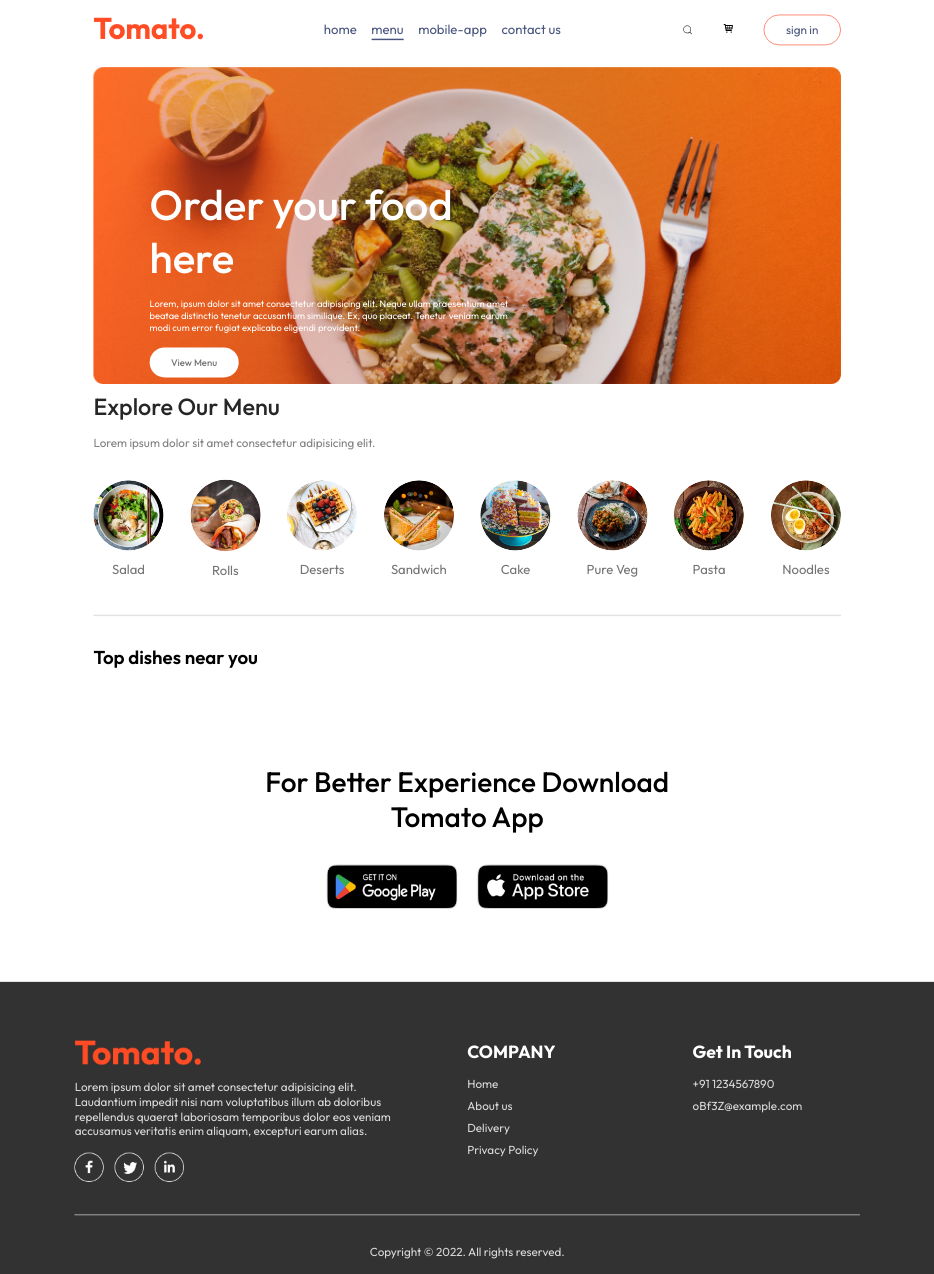
Repository: sodmaq/food-delivery
Page: / (app in frontend/)
An editor plug-in stored every save of this project. The page is shown before and after the next save, followed by the edit.
The browser window is 1280 px wide. The pictures show the whole page, at 73% of full size.
The project was rebuilt for these pictures with package versions that can differ from the ones it lists, and the page was loaded fresh each time. Also part of the build but not shown: frontend/vite.config.js, frontend/src/components/foodItem/FoodItem.css, frontend/src/components/foodItem/FoodItem.jsx, frontend/src/pages/Cart/Cart.css, frontend/src/pages/Cart/Cart.jsx, frontend/src/pages/PlaceOrder/PlaceOrder.css, frontend/src/pages/PlaceOrder/PlaceOrder.jsx, frontend/src/components/Login/LoginPopUp.css and 1 more.

Above is the page before, as saved 2024-10-08 18:06:30.

After the next save:
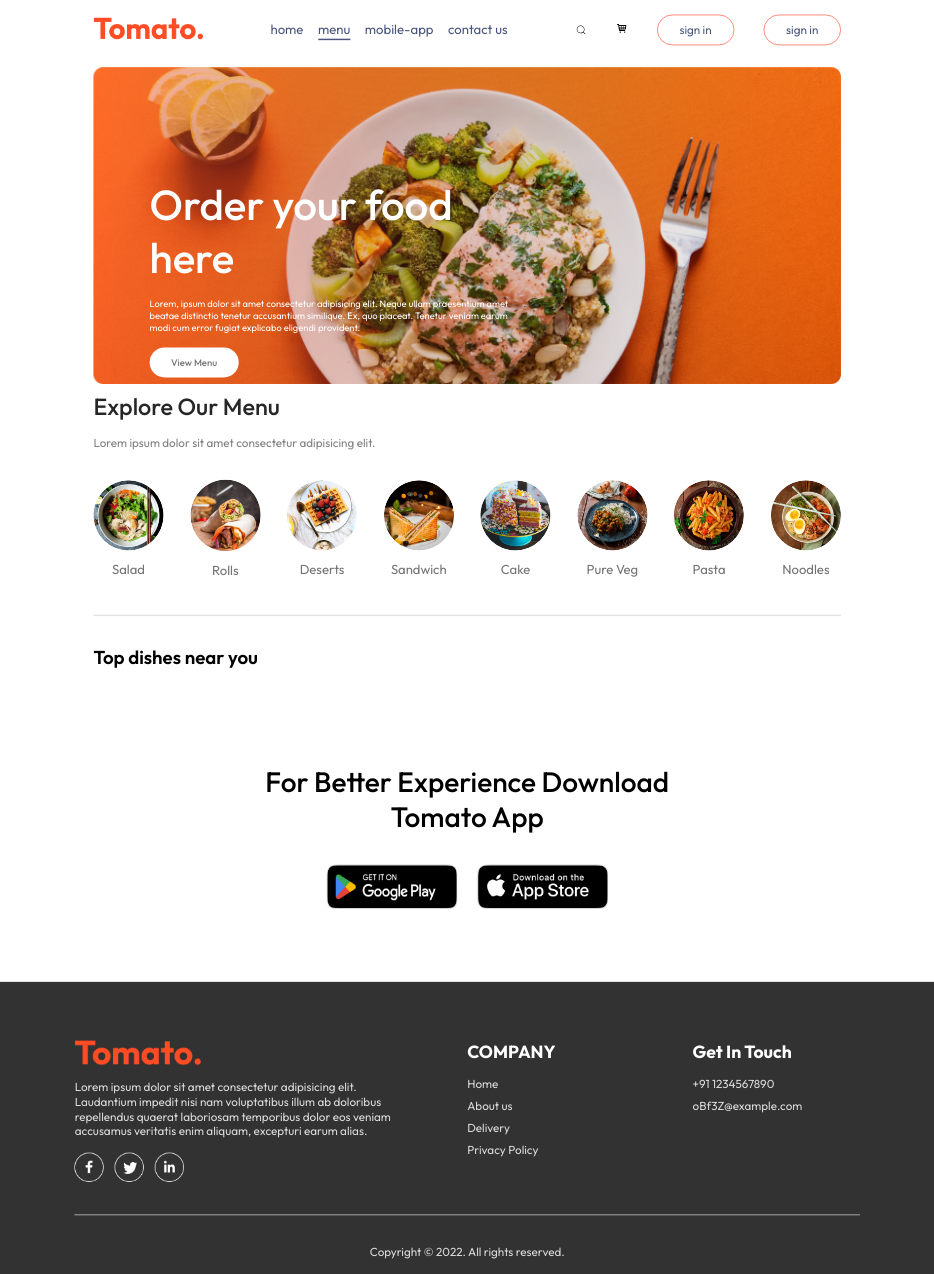
Saved 67 s later.
--- a/frontend/src/components/NavBar/NavBar.jsx
+++ b/frontend/src/components/NavBar/NavBar.jsx
@@ -52,6 +52,18 @@
           </Link>
           <div className={getTotalCartAmount() === 0 ? "" : "dot"}></div>
         </div>
+        {!token ? (
+          <button onClick={() => setShowLogin(true)}>sign in</button>
+        ) : (
+          <button
+            onClick={() => {
+              localStorage.removeItem("token");
+              setToken(null);
+            }}
+          >
+            sign out
+          </button>
+        )}
         <button onClick={() => setShowLogin(true)}>sign in</button>
       </div>
     </div>

After the save that followed:
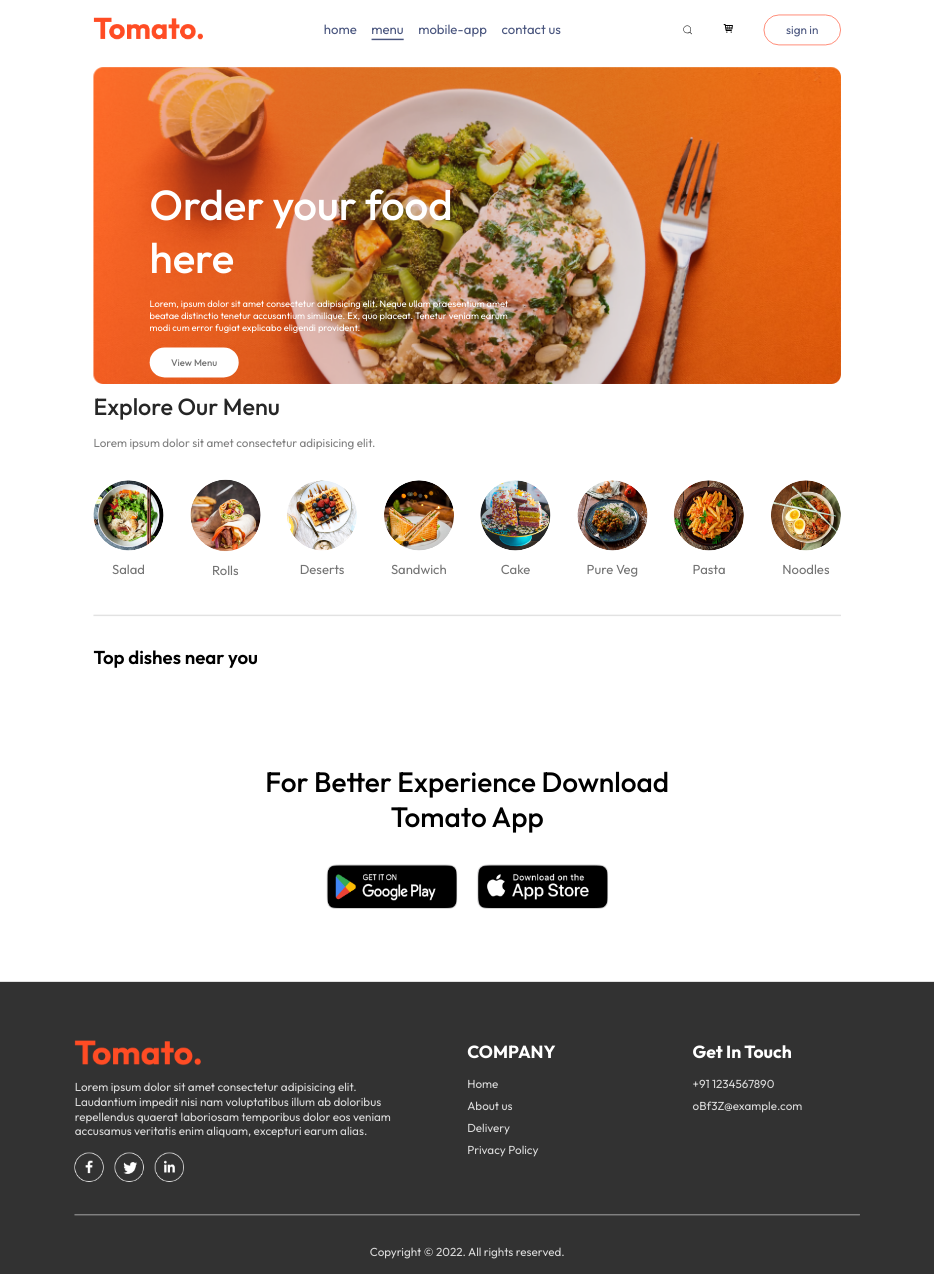
Saved 21 s later.
--- a/frontend/src/components/NavBar/NavBar.jsx
+++ b/frontend/src/components/NavBar/NavBar.jsx
@@ -64,7 +64,6 @@
             sign out
           </button>
         )}
-        <button onClick={() => setShowLogin(true)}>sign in</button>
       </div>
     </div>
   );
